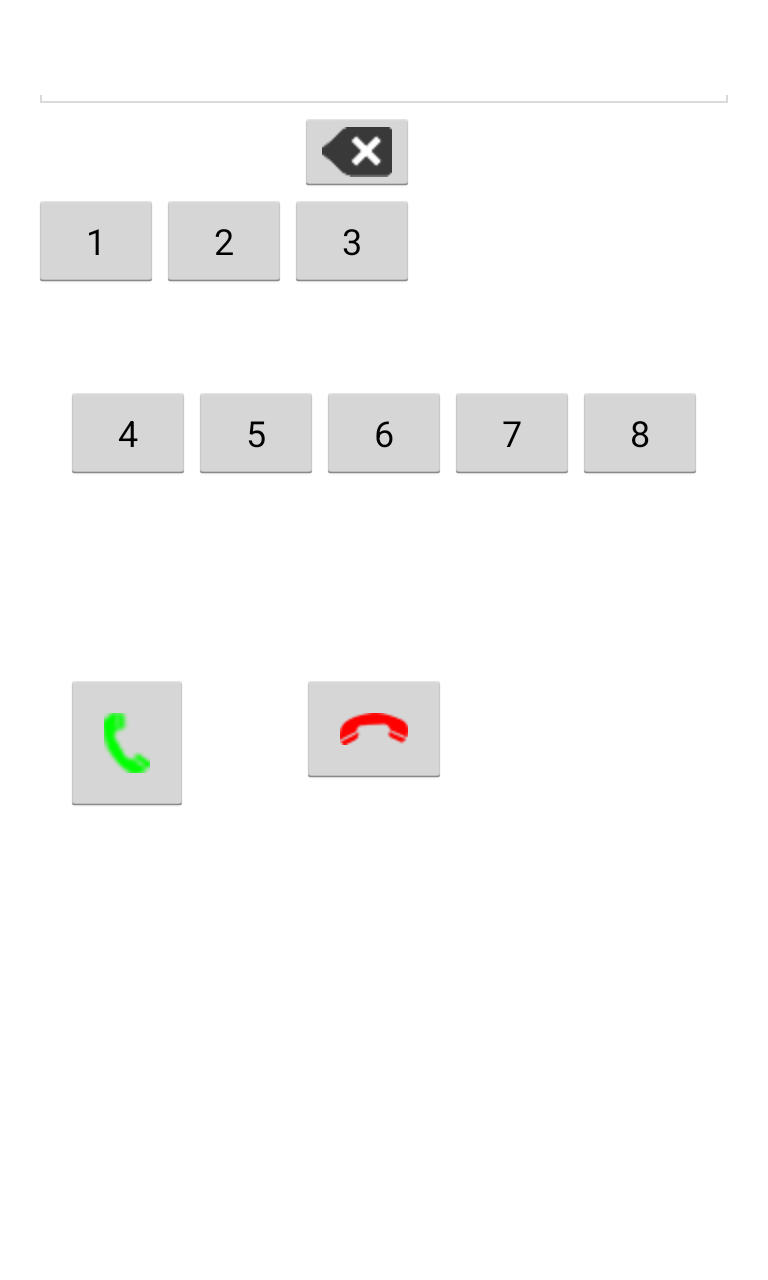
Repository: andreeastoican/Laborator03
Layout: PhoneDialer/res/layout/activity_phone_dialer.xml
The author's editor kept a copy of each file at every save. The layout is drawn from the files as they stood at one save, then again after the next save.
It is drawn on a 768 x 1280 px phone screen (xhdpi) without system bars, with theme AppTheme; the app's code is not run.

Above is the layout before, as saved 2015-03-10 09:59:02.

After the next save:
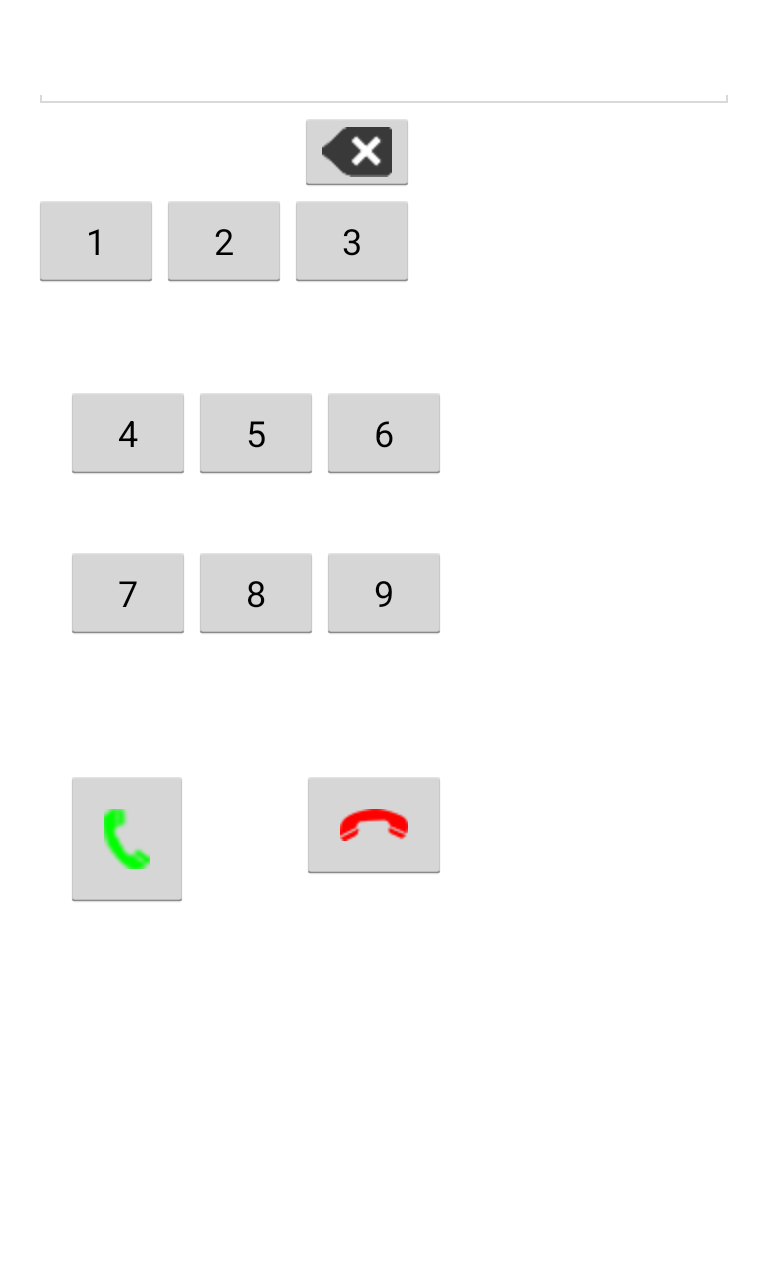
Saved 8 s later.
--- a/PhoneDialer/res/layout/activity_phone_dialer.xml
+++ b/PhoneDialer/res/layout/activity_phone_dialer.xml
@@ -105,6 +105,20 @@
 	        android:text="6"
 		    />
 
+	</LinearLayout>
+
+
+	<LinearLayout
+	  android:layout_below="@id/layout2"
+	  android:id="@+id/layout3"
+	  android:layout_width="wrap_content"
+	  android:layout_height="wrap_content"
+	  android:paddingBottom="@dimen/activity_vertical_margin"
+	  android:paddingLeft="@dimen/activity_horizontal_margin"
+	  android:paddingRight="@dimen/activity_horizontal_margin"
+	  android:paddingTop="@dimen/activity_vertical_margin"
+	  android:orientation="horizontal">
+
 		<Button
 		    android:id="@+id/id7"
 		    android:layout_width="wrap_content"
@@ -123,40 +137,6 @@
 	        android:layout_height="wrap_content"
 	        android:text="9"
 		    />
-		<Button
-		    android:id="@+id/id10"
-		    android:layout_width="wrap_content"
-	        android:layout_height="wrap_content"
-	        android:text="*"
-		    />
-		<Button
-		    android:id="@+id/id0"
-		    android:layout_width="wrap_content"
-	        android:layout_height="wrap_content"
-	        android:text="0"
-		    />
-		<Button
-		    android:id="@+id/id11"
-		    android:layout_width="wrap_content"
-	        android:layout_height="wrap_content"
-	        android:text="#"
-		    />
-
-	</LinearLayout>
-
-
-	<LinearLayout
-	  android:layout_below="@id/layout2"
-	  android:id="@+id/layout3"
-	  android:layout_width="wrap_content"
-	  android:layout_height="wrap_content"
-	  android:paddingBottom="@dimen/activity_vertical_margin"
-	  android:paddingLeft="@dimen/activity_horizontal_margin"
-	  android:paddingRight="@dimen/activity_horizontal_margin"
-	  android:paddingTop="@dimen/activity_vertical_margin"
-	  android:orientation="horizontal">
-
-
 
 	</LinearLayout>
 
